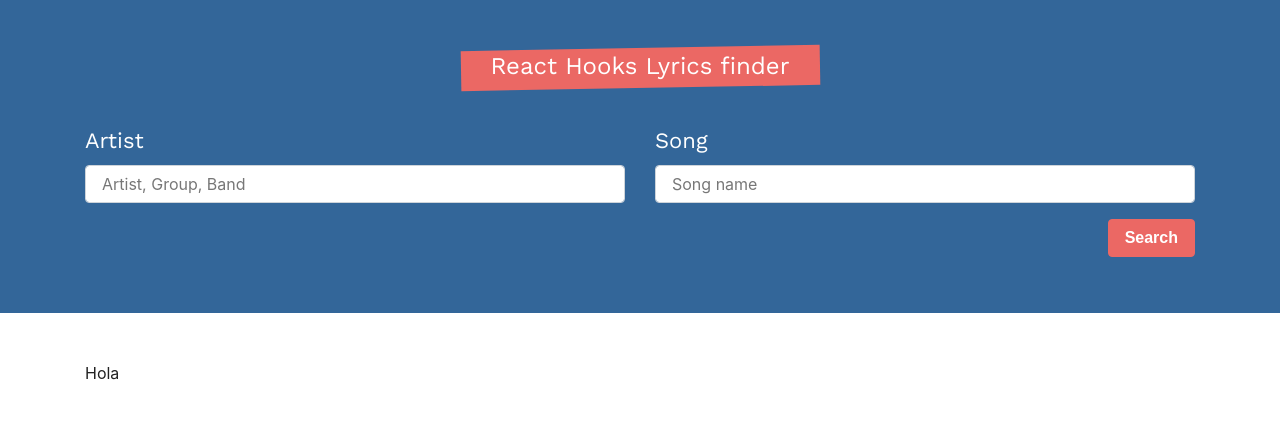
Repository: ppfeliuu/Lyrics-and-Band
Page: /
These files come from the project's save history. The page is drawn as it stood at one moment and after the next save; the edit follows.
The browser window is 1280 px wide. The pictures show the whole page.
Some web fonts or font styles are not loaded; a fallback is used. The project was rebuilt for these pictures with package versions that can differ from the ones it lists, and the page was loaded fresh each time.

Above is the page before, as saved 2019-06-24 10:49:25.

### public/index.html
<!DOCTYPE html>
<html lang="en">
  <head>
    <meta charset="utf-8" />
    <link rel="shortcut icon" href="%PUBLIC_URL%/favicon.ico" />
    <meta
      name="viewport"
      content="width=device-width, initial-scale=1, shrink-to-fit=no"
    />
    <meta name="theme-color" content="#000000" />
    <!--
      manifest.json provides metadata used when your web app is added to the
      homescreen on Android. See https://developers.google.com/web/fundamentals/web-app-manifest/
    -->
    <link rel="manifest" href="%PUBLIC_URL%/manifest.json" />
    <!--
      Notice the use of %PUBLIC_URL% in the tags above.
      It will be replaced with the URL of the `public` folder during the build.
      Only files inside the `public` folder can be referenced from the HTML.

      Unlike "/favicon.ico" or "favicon.ico", "%PUBLIC_URL%/favicon.ico" will
      work correctly both with client-side routing and a non-root public URL.
      Learn how to configure a non-root public URL by running `npm run build`.
    -->
    <title>App Música</title>

    <link href="https://fonts.googleapis.com/css?family=Work+Sans" rel="stylesheet">
    <link rel="stylesheet" href="https://use.fontawesome.com/releases/v5.7.1/css/all.css" integrity="sha384-fnmOCqbTlWIlj8LyTjo7mOUStjsKC4pOpQbqyi7RrhN7udi9RwhKkMHpvLbHG9Sr" crossorigin="anonymous">
   <link rel="stylesheet" href="https://bootswatch.com/4/journal/bootstrap.min.css">
  </head>
  <body>
    <noscript>You need to enable JavaScript to run this app.</noscript>
    <div id="root"></div>
    <!--
      This HTML file is a template.
      If you open it directly in the browser, you will see an empty page.

      You can add webfonts, meta tags, or analytics to this file.
      The build step will place the bundled scripts into the <body> tag.

      To begin the development, run `npm start` or `yarn start`.
      To create a production bundle, use `npm run build` or `yarn build`.
    -->
  </body>
</html>

### src/App.js
import React, { useState, useEffect, Fragment } from 'react';
import axios from 'axios';
import Cancion from './components/Cancion';
import Formulario from './components/Formulario';

function App() {

  const [ artista, agregarArtista ] = useState('');
  const [ letra, agregarLetra ] = useState([]);
  const [ info, agregarInfo ] = useState({});


  // Consulta API canciones
  const consultarAPILetra = async busqueda => {
    console.log(busqueda);
    const {artista, cancion} = busqueda;
    const url = `https://api.lyrics.ovh/v1/${artista}/${cancion}`;

    // consulta api

    const resultado = await axios(url);

    // console.log(resultado.data.lyrics);

    agregarLetra(resultado.data.lyrics);
  }

  return (
    <Fragment>
      <Formulario
        consultarAPILetra={consultarAPILetra}
      />

      <div className="container mt-5">
        <div className="row">
          <div className="col-md-6">
            <Cancion
              letra={letra}
            />
          </div>
          <div className="col-md-6">

          </div>
        </div>
      </div>
    </Fragment>
  );
}

export default App;

### src/components/Cancion.js
import React from 'react';

function Cancion({letra}) {

    return(<p>Hola</p>);

}

export default Cancion;

### src/components/Formulario.js
import React, { useState, useEffect, Fragment } from 'react';

function Formulario({consultarAPILetra}) {


    const [busqueda, agregarBusqueda] = useState({
        artista: '',
        cancion: ''
    })

    //funcion para actualzar state del input

    const actualizarState = e => {
        agregarBusqueda({
            ...busqueda,
            [e.target.name] : e.target.value
        });

        console.log(busqueda);
    }

    const enviarInformacion = e => {
        e.preventDefault();
        consultarAPILetra(busqueda);
    }

    return (
        <div className="bg-info">
          <div className="container">
              <div className="row">
                  <form onSubmit={enviarInformacion}
                    className="col card text-white bg-transparent  mb-5 pt-5 pb-2">
                      <fieldset>
                          <legend className="text-center">React Hooks Lyrics finder</legend>
                          <div className="row">
                              <div className="col-md-6">
                                <div className="form-group">
                                    <label>Artist</label>
                                    <input
                                        type="text"
                                        className="form-control"
                                        name="artista"
                                        placeholder="Artist, Group, Band "
                                        onChange={actualizarState}
                                        required
                                    />
                                </div>
                              </div>
                              <div className="col-md-6">
                                <div className="form-group">
                                    <label>Song</label>
                                    <input
                                        type="text"
                                        className="form-control"
                                        name="cancion"
                                        placeholder="Song name"
                                        onChange={actualizarState}
                                        required
                                    />
                                </div>
                              </div>
                          </div>
                          <button type="submit" className="btn btn-primary float-right">Search</button>
                      </fieldset>
                  </form>
              </div>
          </div>
      </div>
    )
}

export default Formulario;

Loaded but not shown: src/index.js (common file); src/index.css (common file); src/serviceWorker.js (common file)

After the next save:
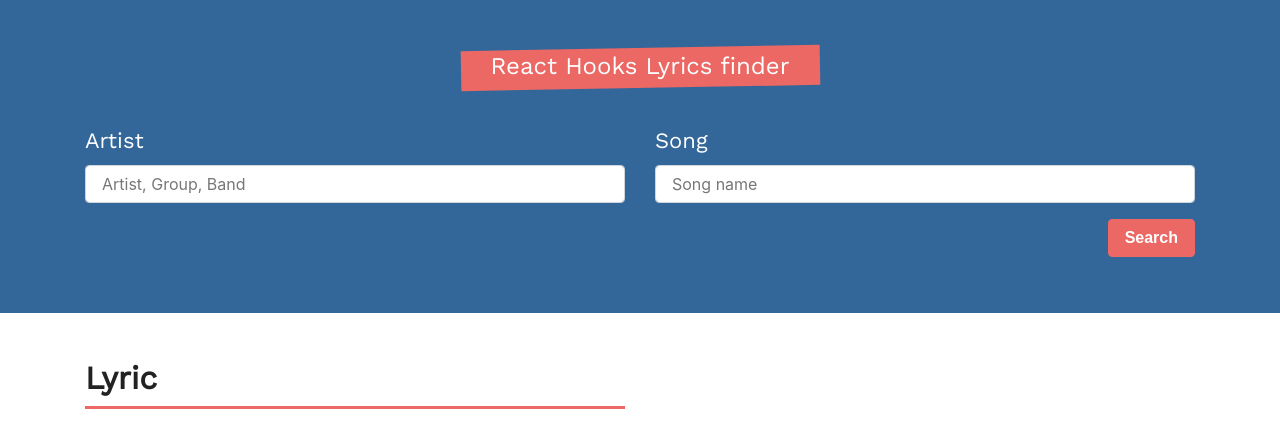
Saved 7 min 13 s later.
--- a/src/components/Cancion.js
+++ b/src/components/Cancion.js
@@ -1,8 +1,14 @@
-import React from 'react';
+import React, { Fragment } from 'react';
 
 function Cancion({letra}) {
 
-    return(<p>Hola</p>);
+    return(
+        <Fragment>
+            <h2>Lyric</h2>
+            <p className="letra">{letra}</p>
+        </Fragment>
+
+    );
 
 }
 
